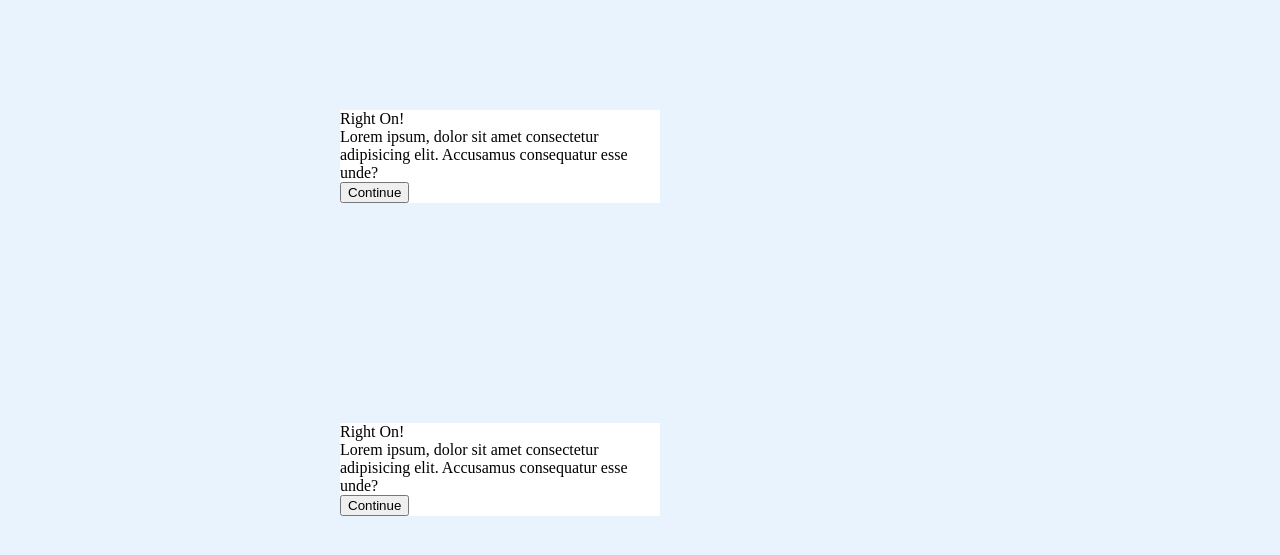
Repository: giahuy405/flash_message_BEM
Page: index.html
An editor plug-in stored every save of this project. The page is shown before and after the next save, followed by the edit.
The browser window is 1280 px wide. The pictures show the whole page.

Above is the page before, as saved 2022-09-06 02:09:19.

After the next save:
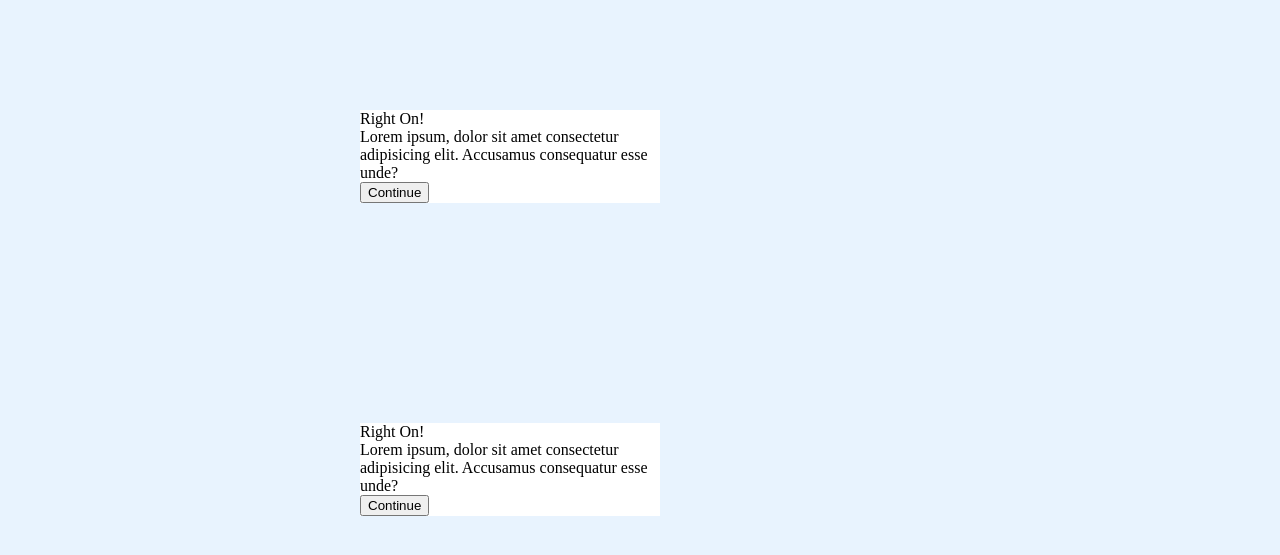
Saved 50 s later.
--- a/css/index.css
+++ b/css/index.css
@@ -10,7 +10,7 @@
     clear: both;
 }
 .container{
-    width: 50%;
+    width: 600px;
     margin: 0 auto;
 }
 .flash-message-1,.flash-message-2{
